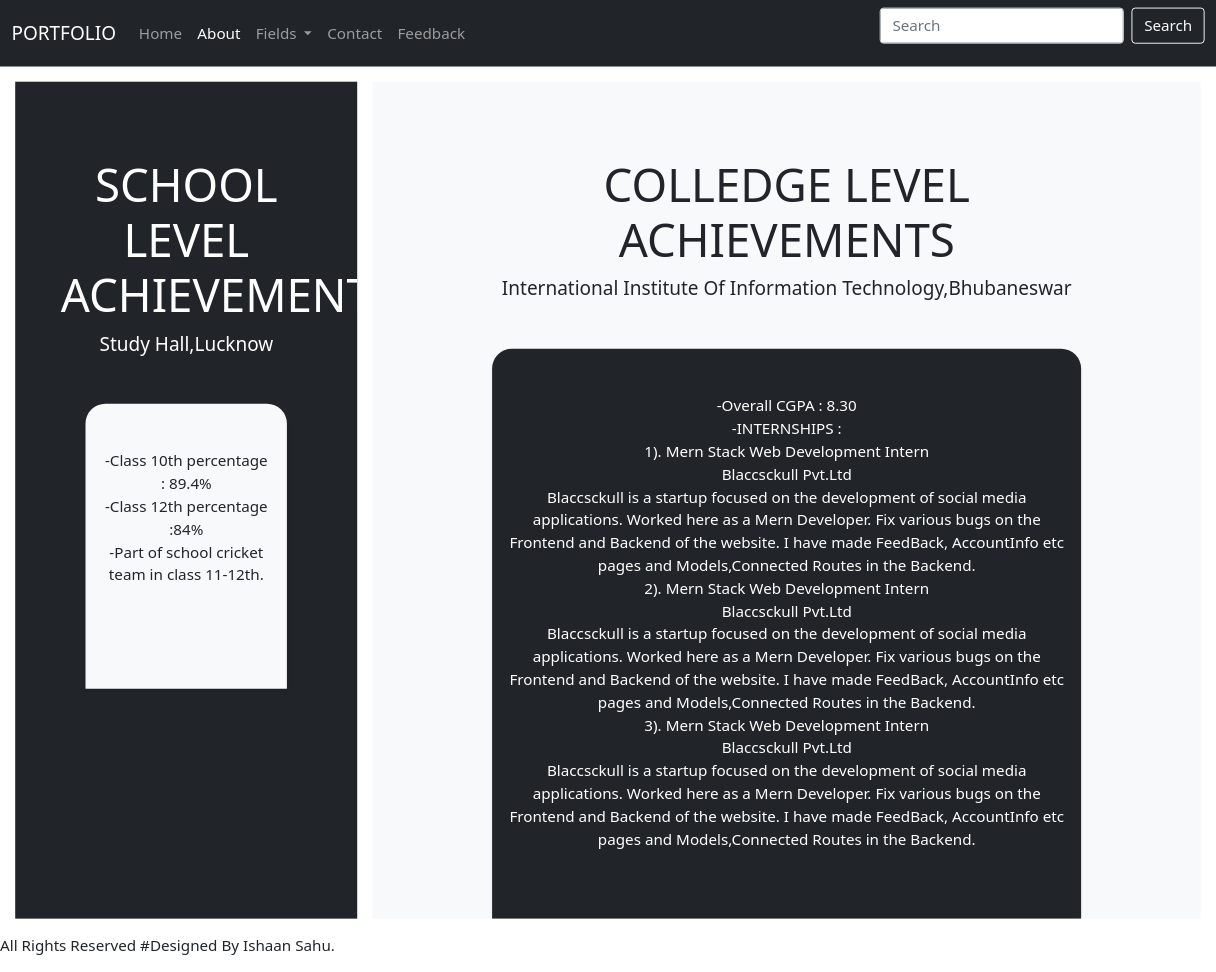
Repository: ishaan51551/Ishaan-s-Portfolio-
Page: about.html
The author's editor kept a copy of each file at every save. The page is drawn from the files as they stood at one save, then again after the next save.
The browser window is 1280 px wide. The pictures show the whole page, at 95% of full size.

Above is the page before, as saved 2023-09-13 16:07:17.

After the next save:
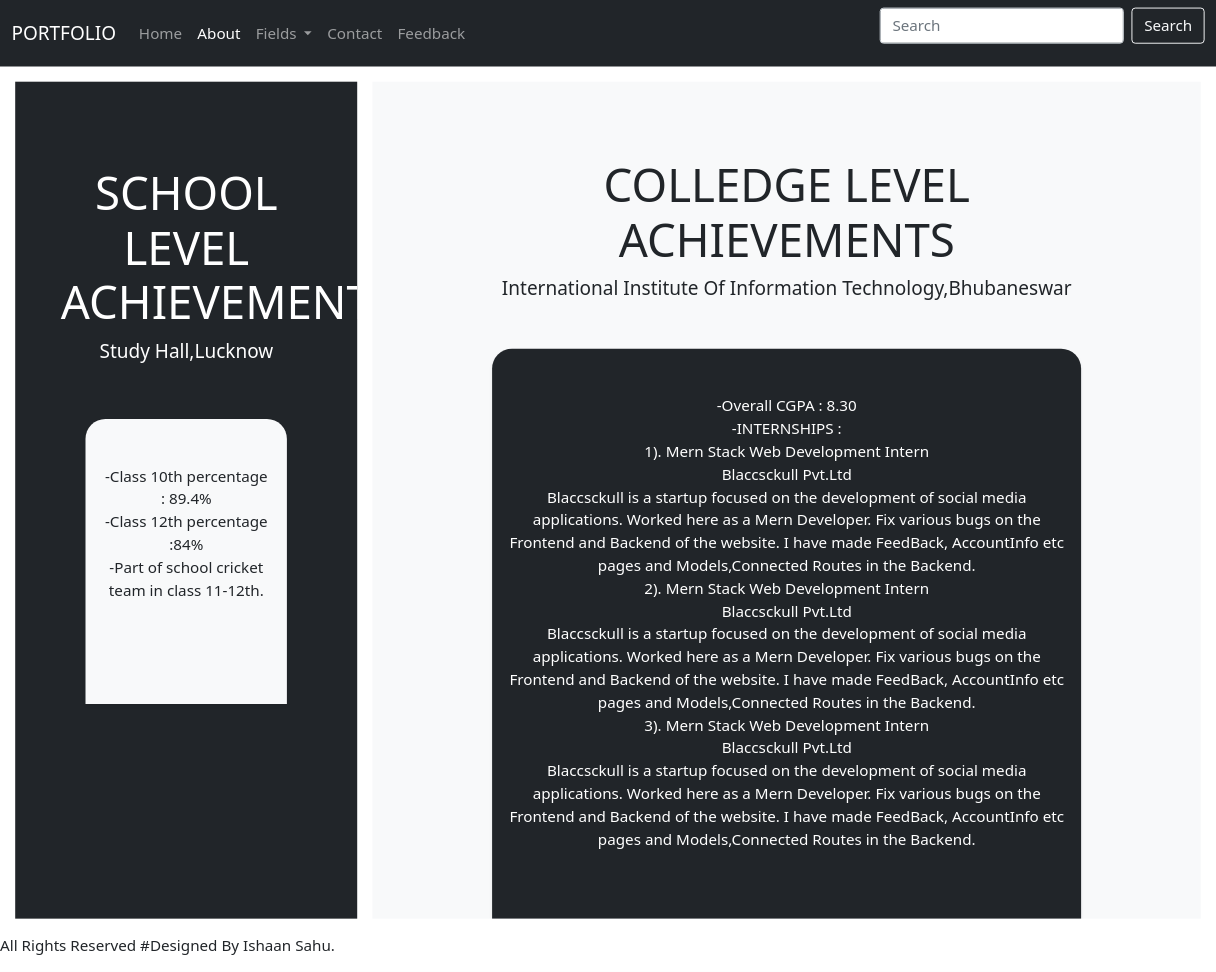
Saved 11 s later.
--- a/about.html
+++ b/about.html
@@ -81,7 +81,7 @@
   <!-- boxes -->
   <div class="d-md-flex flex-md-equal w-100my-md-3 ps-md-3 my-3 justify-content-center align item center">
     <div class="bg-dark me-md-3 pt-3 px-3 pt-md-5 px-md-5 text-center text-white overflow-hidden">
-      <div class="my-3 py-3 ">
+      <div class="my-4 py-3 ">
         <h2 class="display-5">SCHOOL LEVEL ACHIEVEMENTS</h2>
         <p class="lead">Study Hall,Lucknow</p>
       </div>
